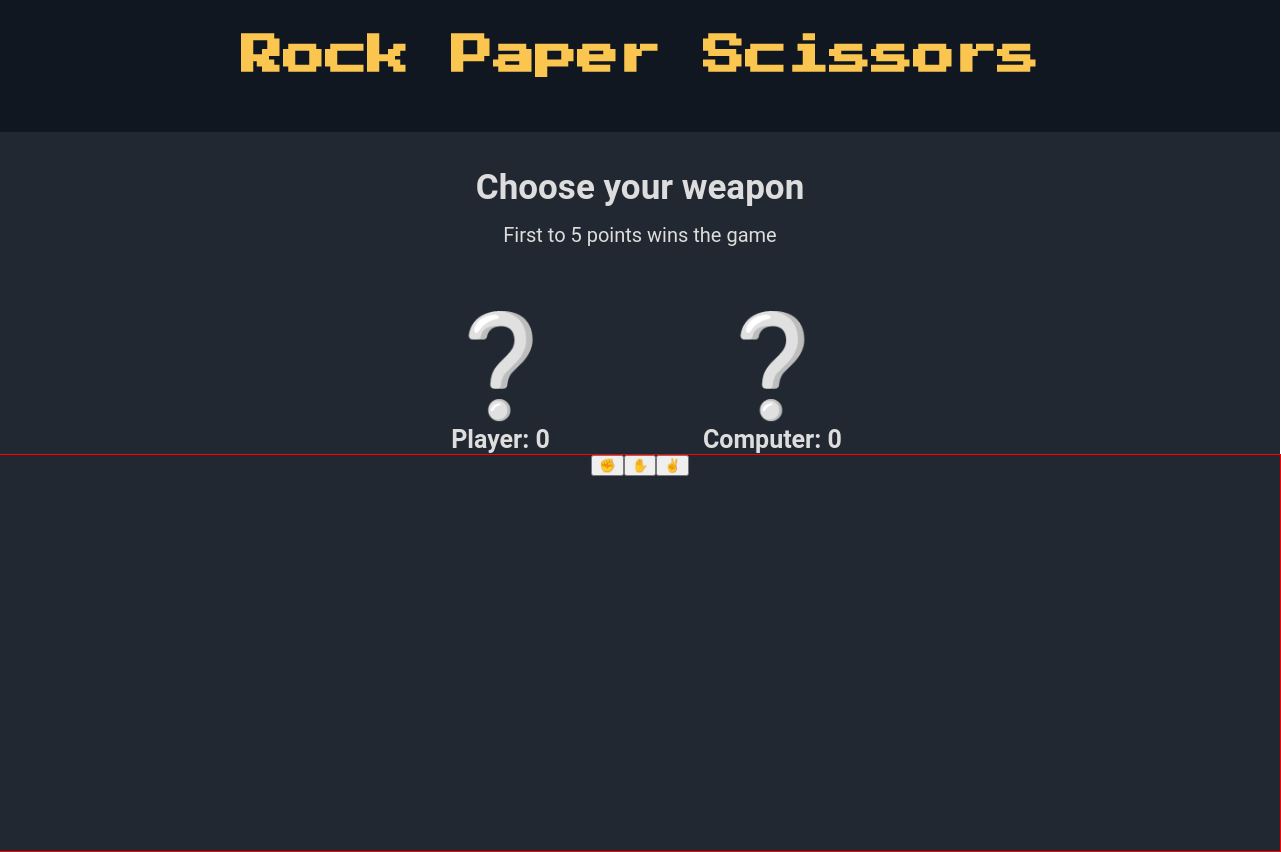
Repository: Aaryan-Poria/Rock-Paper-Scissors
Page: index.html
The author's editor kept a copy of each file at every save. The page is drawn from the files as they stood at one save, then again after the next save.
The browser window is 1280 px wide. The page is 1281 px wide, then 1280 px, then 1281 px, so the pictures cover 1281 px, including what lies to the right of the window. The pictures show the whole page.

Above is the page before, as saved 2023-08-23 19:57:21.

### index.html
<!DOCTYPE html>
<html lang="en">
  <head>
    <meta charset="UTF-8" />
    <meta name="viewport" content="width=device-width, initial-scale=1.0" />
    <title>Rock Paper Scissors</title>
    <link rel="preconnect" href="https://fonts.googleapis.com" />
    <link rel="preconnect" href="https://fonts.gstatic.com" crossorigin />
    <link
      href="https://fonts.googleapis.com/css2?family=Press+Start+2P&display=swap"
      rel="stylesheet"
    />
    <link rel="stylesheet" href="style.css" />
  </head>

  <body>
    <section class="head">
      <h2>Rock Paper Scissors</h2>
    </section>
    <section class="main">
      <div class="main-text">
        <h3>Choose your weapon</h3>
        <p>First to 5 points wins the game</p>
      </div>
      <div class="text-content">
        <div class="info player">
          <p class="qmark 1">❔</p>
          <p class="score 1">Player: 0</p>
        </div>
        <div class="info comp">
          <p class="qmark 2">❔</p>
          <p class="score 2">Computer: 0</p>
        </div>
      </div>
      <div class="buttons">
        <button class="btn rock">✊</button>
        <button class="btn paper">✋</button>
        <button class="btn scissors">✌</button>
      </div>
    </section>
  </body>
</html>

### style.css
body {
  margin: 0;
  padding: 0;
  display: flex;
  flex-direction: column;
  min-height: 100%;
  min-width: 100%;
}
.head {
  display: flex;
  justify-content: center;
  align-items: center;
  color: #fac650;
  background-color: #111720;
  font-family: "Press Start 2P", cursive;
  height: 7rem;
  font-size: 1.75rem;
  padding-bottom: 20px;
}
.main {
  display: flex;
  flex-grow: 1;
  height: 100vh;
  flex-direction: column;
  background-color: #222831;
  color: #dddddd;
  font-family: "Roboto", sans-serif;
  align-items: center;
  /* border: 1px solid red; */
}

.main-text {
  /* border: 1px solid green; */
  display: flex;
  flex-direction: column;
  justify-content: center;
  align-items: center;
}
.main-text > h3 {
  font-size: 35px;
}
.main-text > p {
  font-size: 20px;
  margin-top: -20px;
}
.text-content {
  display: flex;
  width: 100%;
  /* border: 1px solid yellow; */
  display: flex;
  font-size: 25px;
  font-weight: bold;
  justify-content: center;
  align-items: center;
  gap: 140px;
  margin-top: 40px;
}
.info {
  display: flex;
  flex-direction: column;
  justify-content: center;
  align-items: center;
}
.qmark {
  font-weight: 100;
  margin: 0;
  padding: 0;
  font-size: 100px;
}
.score {
  margin: 0;
}
.buttons {
  display: flex;
  justify-content: center;
  align-items: flex-start;
  flex: 1;
  border: 1px solid red;
  width: 100%;
}

After the next save:
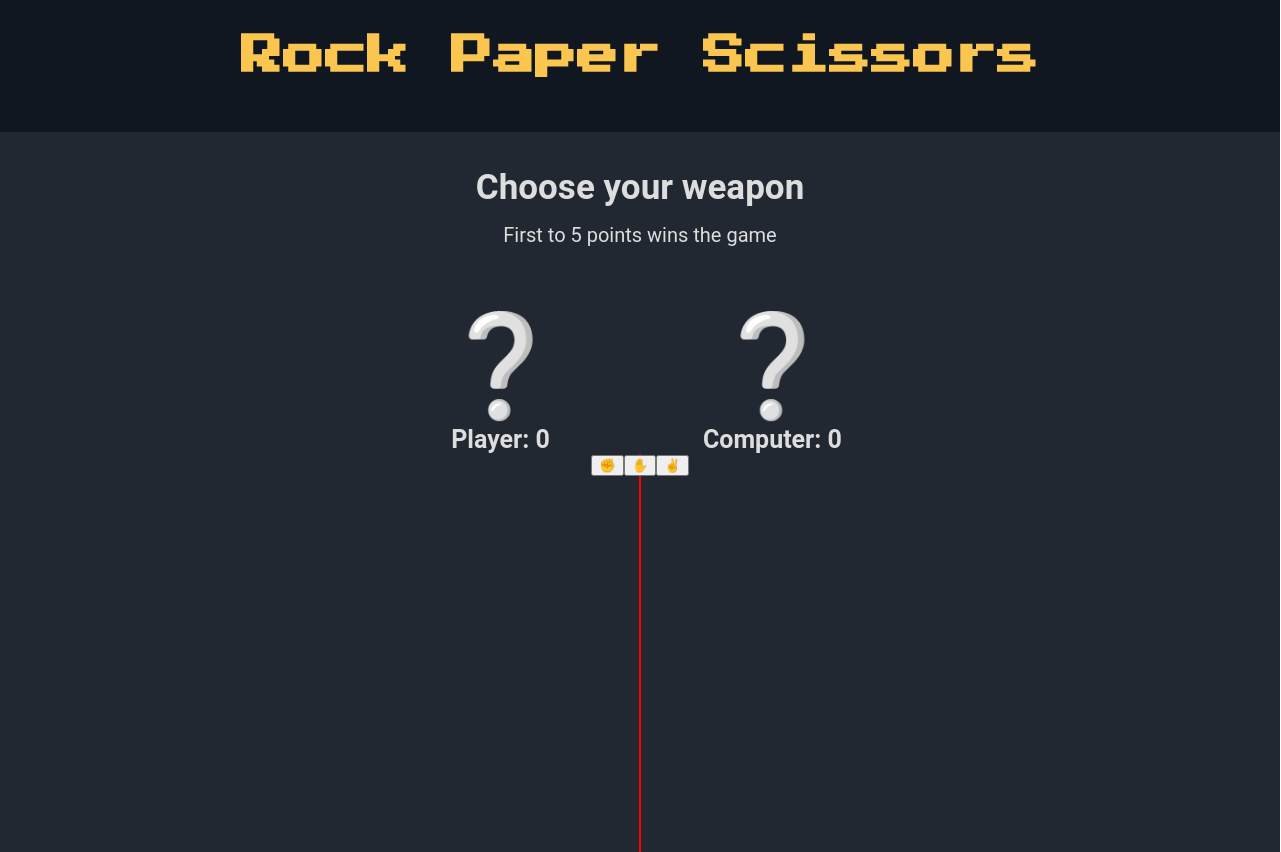
Saved 27 s later.
--- a/style.css
+++ b/style.css
@@ -77,4 +77,6 @@
   flex: 1;
   border: 1px solid red;
   width: 100%;
+  height: 0px;
+  width: 0px;
 }

After the save that followed:
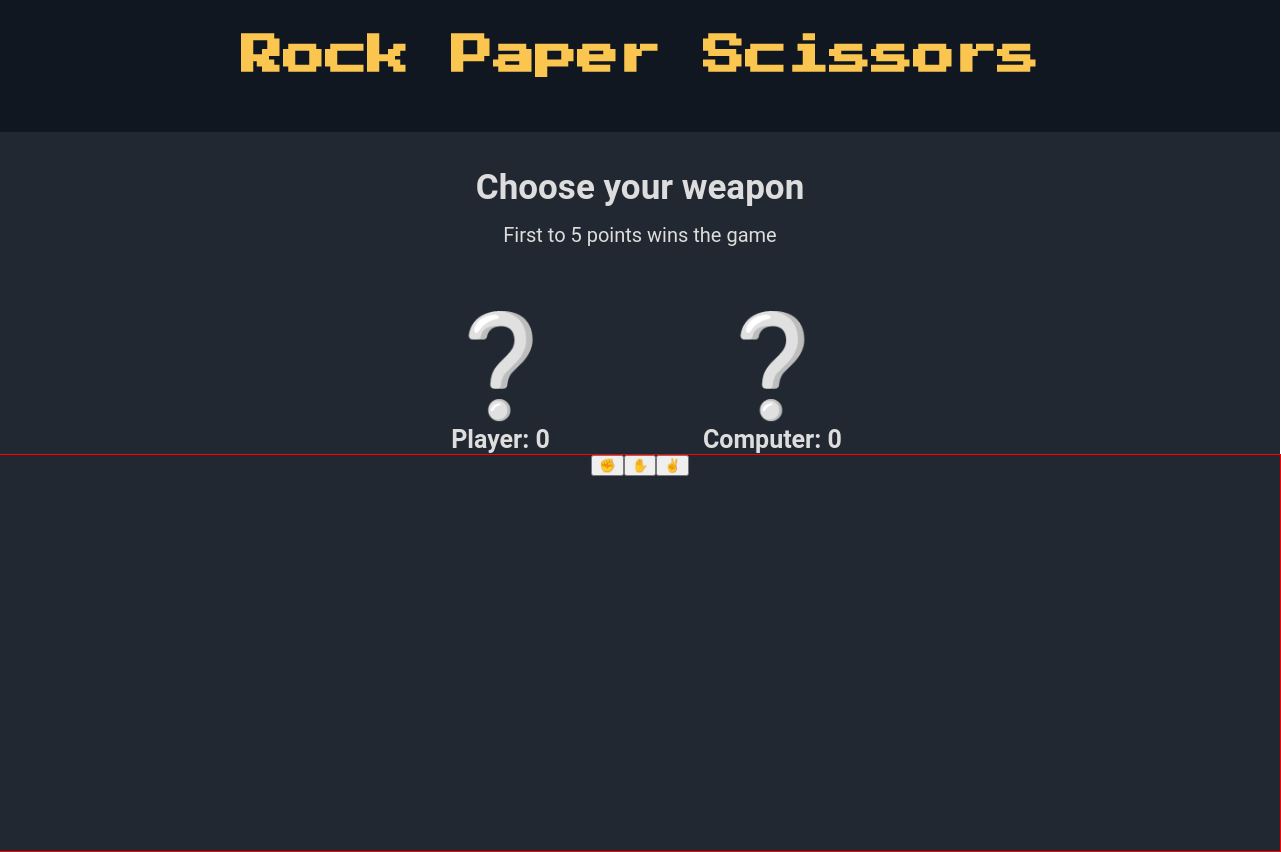
Saved 15 s later.
--- a/style.css
+++ b/style.css
@@ -77,6 +77,4 @@
   flex: 1;
   border: 1px solid red;
   width: 100%;
-  height: 0px;
-  width: 0px;
 }
